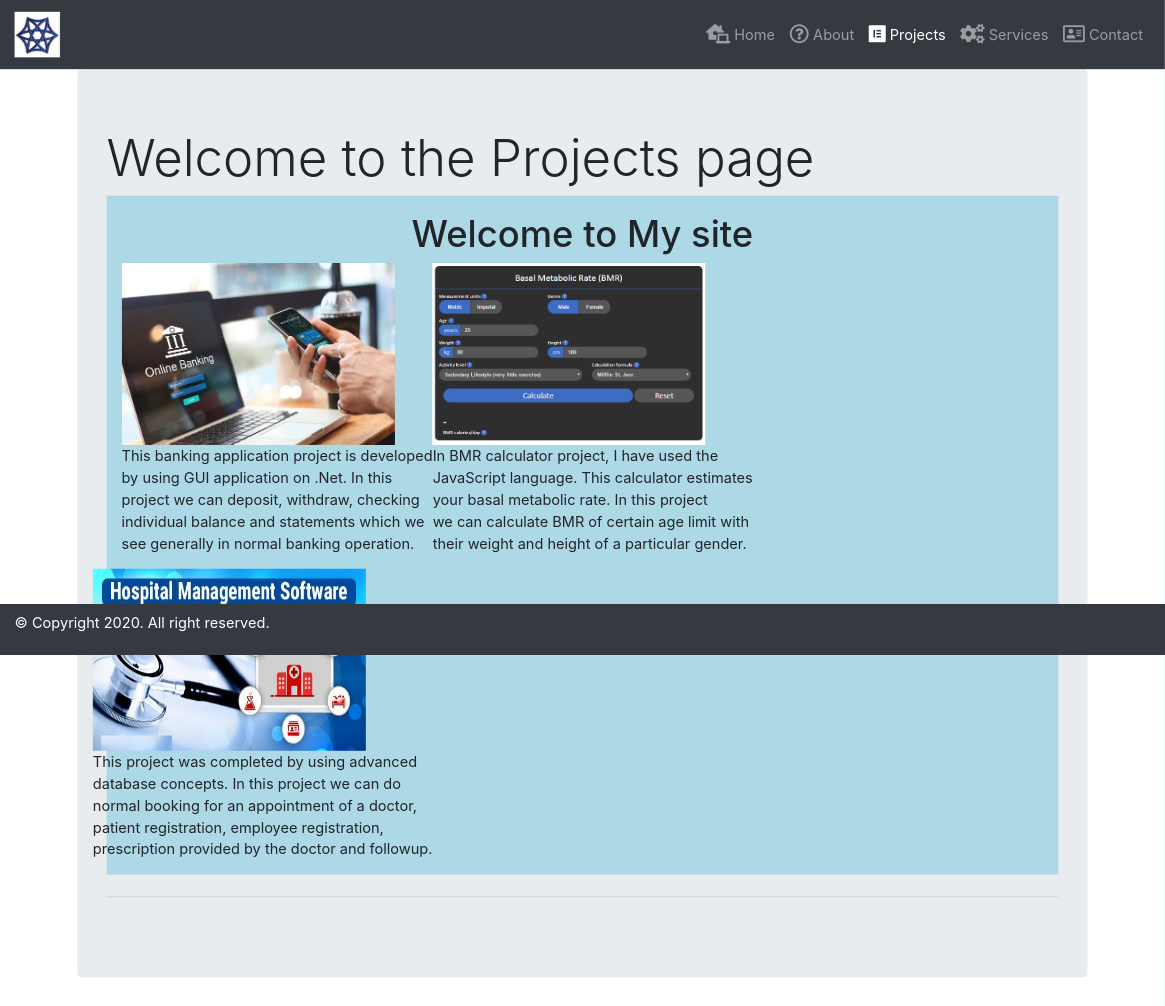
Repository: laxmangothe2020/COMP229Assignment
Page: http://localhost/projects
An editor plug-in stored every save of this project. The page is shown before and after the next save, followed by the edit.
The browser window is 1280 px wide. The pictures show the whole page, at 91% of full size.
The page is served by the project's Node server (server.js). Other server files are loaded and not shown.

Above is the page before, as saved 2021-02-11 23:54:17.

### views/index.ejs

<%- include partials/header.ejs %>

   <%- include partials/main_nav.ejs %>

      <!-- Main Contain -->
   <main class="container">
    <div class="jumbotron">
    <h1 class="display-4"> Welcome to the <%= title %> page </h1>
    <!--Using Switch case all infornation passed through here-->
      <% switch (title) {
        case 'Home' : %>
        <%- include partials/home.ejs %>
                <% break;

        case 'About' : %>
        <%- include partials/about.ejs %>
                <% break;

        case 'Projects' : %>
        <%- include partials/projects.ejs %>
                <% break;

        case 'Services' : %>
        <%- include partials/services.ejs %>
                <% break;

        case 'Contact' : %>
        <%- include partials/contact.ejs %>
              <% break;
       } %>
      <hr class="my-4">
    </div>
  </main>

   <%- include partials/bottom_nav.ejs %>


    <%- include partials/footer.ejs %>

### views/partials/header.ejs

<!DOCTYPE html>
<html lang="en">
  <head>
   <meta charset="UTF-8">
   <meta name="viewport" content="with=device-width, initial-scale=1.0">
    <title><%= title %></title>

  <!-- CSS Section-->
  <link rel="stylesheet" href="/bootstrap/dist/css/bootstrap.min.css">
  <link rel="stylesheet" href="/@fortawesome/fontawesome-free/css/all.min.css">
  <link rel='stylesheet' href='/Content/app.css'/>

</head>
<body>

### views/partials/main_nav.ejs
<!-- Main Navigation -->
   <nav class="navbar navbar-expand-lg navbar-dark bg-dark">
      <a class="navbar-brand" href="/"><img src="./Assets/images/hexagon.jpg" alt="Hexagon picture" width="50" height="50"></a>
      <button class="navbar-toggler" type="button" data-toggle="collapse" data-target="#navbarSupportedContent" aria-controls="navbarSupportedContent" aria-expanded="false" aria-label="Toggle navigation">
       <span class="navbar-toggler-icon"></span>
     </button>

     <div class="collapse navbar-collapse" id="navbarSupportedContent">
        <ul class="navbar-nav ml-auto">

          <% if (title == "Home") { %>
        <li class="nav-item active">
        <% } else { %>
        <li class="nav-item">
        <% } %>
          <a class="nav-link" href="/home"><i class="fas fa-lg fa-laptop-house"></i> Home </a>
        </li>

        <% if (title == "About") { %>
          <li class="nav-item active">
          <% } else { %>
          <li class="nav-item">
          <% } %>
        <a class="nav-link" href="/about"><i class="far fa-lg fa-question-circle"></i> About </a>
        </li>

        <% if (title == "Projects") { %>
          <li class="nav-item active">
          <% } else { %>
          <li class="nav-item">
          <% } %>
        <a class="nav-link" href="/projects"><i class="fab fa-lg fa-elementor"></i> Projects </a>
        </li>

        <% if (title == "Services") { %>
          <li class="nav-item active">
          <% } else { %>
          <li class="nav-item">
          <% } %>
        <a class="nav-link" href="/services"><i class="fas fa-lg fa-cogs"></i> Services </a>
        </li>

        <% if (title == "Contact") { %>
          <li class="nav-item active">
          <% } else { %>
          <li class="nav-item">
          <% } %>
        <a class="nav-link" href="/contact"><i class="far fa-lg fa-address-card"></i> Contact </a>

        </li>

      </div>
    </nav>

### views/partials/home.ejs
<body>
   <div style="background-color: lightblue;margin-bottom: 10px">
                    <h3 style="padding-left: 40px;padding-top:10px;color: #AA7439"><h1 style="text-align:center;">Welcome to My site</h1>
                    <div style="width: 100%;height:100%;background-color:lightblue;">
                        <img src="./Assets/images/homeimg.png" alt="3D Picture" width="450" style="float: right;margin-left: 20px;margin-right:20px;">
                       <p style="padding-left:15px; padding-right: 10px; color:#696969;margin:20px;text-align: justify;line-height:1.7;padding-bottom: 20px;">
                           Your new MyWebsite Now is here! Let's build and publish your website together. We developed this series of help articles to introduce you to the basic functions of web design with your MyWebsite Now.Our industry software experts have years of experience building business automation web solutions for a number of verticals. We use custom APIs and our mastery of web services to build web-based automation services for applications like inventory control, digital marketing and customer relationship management.
                           <br> <br><b> MISSION STATEMENT </b><br><br>
                            My mission is to have a successful careers in software engineering and graduate education with a thorough understanding of software engineering and experiential learning opportunities to apply that knowledge to solve real-world problems.
                             </p>
                    </div>
                    </div>
        <p>
         <h5 style="text-align:center;"><a href="/about"> About Page</a></h5>
        </p>
         <div >
                <div class="social" style="float:left;clear:none;float: right;">

                   <img src="./Assets/images/fbcolor.png">

                   <img src="./Assets/images/InstaColor.png">

                    <img src="./Assets/images/twitterColor.png">
                    <img src="./Assets/images/gPlusColor.png">
               </div>
            </div>

</body>

### views/partials/about.ejs

         <div id="contentEditable">


                    <div style="background-color: lightblue;">
                        <h3 style="padding-left: 40px;padding-top:20px;color: #AA7439"><h3 style="text-align:center;"> About Me </h3>
                        <div style="width: 100%;height:100%;background-color:lightblue;">
                            <img src="./Assets/images/laxman.jpeg" alt="Security for Life" width="300" style="float: right;margin-left: 30px;margin-right:30px">
                           <p style="padding-left:15px; padding-right: 10px; color:#696969;margin:20px;text-align: justify;line-height:1.7;padding-bottom: 20px;">
                             Hello, my name is Laxman Gothe. Currently, I am a student of Software Engineering Technology in the 3rd semester. I am from Nepal. I believe that learning never ends. I love hiking, rafting, and traveling to new places in my free time.
                             <br>
                             <br>
                             Regarding to my education, I had completed a bachlor's degree in Electronics and Communication Engineering fro Tribhuvan University, Nepal.
                             <br>
                             <br>
                             I had enrolled in Software Engineering Technology at Centennial College to a software developer and currently I am enrolled in 3rd semester. Software technology is my first subject that I am taking in Canada and I am enjoying it as it is my part of interest too.
                             <br>
                             <br>
                             Thank You
                             <br>
                             <br>
                             With Regards
                             <br>
                             <br>
                             Laxman Gothe
                             <br>
                             <br>
                             301102988

                           </p>
                       </div>


                    </div>
        </div>
<p>
<h5 style="text-align:center;"><a href="/public/PDF/resume.pdf"> Resume </a></h5>
</p>

### views/partials/projects.ejs
<body>
    <div id="holdingContainer">
 <div style="background-color: lightblue;margin-bottom: 15px">
     <h3 style="padding-left: 40px;padding-top:10px;color: #AA7439">
        <h1 style="text-align:center;">Welcome to My site</h1>
        <div style="width: 100%;height:100%;background-color:lightblue;"></div>
          <div id="contentEditable">
            <div class = "row">
             <div class="column">
               &nbsp;&nbsp;&nbsp;&nbsp;&nbsp;&nbsp;&nbsp;<img src="./Assets/images/banking.jpg" width="300" height="200">
              <p>&nbsp;&nbsp;&nbsp;&nbsp;&nbsp;&nbsp;&nbsp;This banking application project is developed<br>
                &nbsp;&nbsp;&nbsp;&nbsp;&nbsp;&nbsp;&nbsp;by using GUI application on .Net. In this  <br>
                &nbsp;&nbsp;&nbsp;&nbsp;&nbsp;&nbsp;&nbsp;project we can deposit, withdraw, checking<br>
                &nbsp;&nbsp;&nbsp;&nbsp;&nbsp;&nbsp;&nbsp;individual balance and statements which we <br>
                &nbsp;&nbsp;&nbsp;&nbsp;&nbsp;&nbsp;&nbsp;see generally in normal banking operation.</p>
            </div>


           <div class="column">
             <img src="./Assets/images/bmr.png" width="300" height="200" >
              <p> In BMR calculator project, I have used the<br>
                  JavaScript language. This calculator estimates <br>
                  your basal metabolic rate. In this project <br>
                  we can calculate BMR of certain age limit with <br>
                  their weight and height of a particular gender.</p>
           </div>



           <div class="column">
               <img src="./Assets/images/hospital.jpg" width="300" height="200" >
               <p> This project was completed by using advanced<br>
                   database concepts. In this project we can do <br>
                   normal booking for an appointment of a doctor,<br>
                   patient registration, employee registration,<br>
                   prescription provided by the doctor and followup.</p>
           </div>
        </div>

      </div>
  </div>
</div>
 </body>

### views/partials/services.ejs


<div class="row">
    <div class="column">
        <img src="./Assets/images/mobile.jpg" width="350" height="250" >
    </div>
    <div class="column">
        <img src="./Assets/images/game.jpg" width="350" height="250" >
    </div>
    <div class="column">
        <img src="./Assets/images/quality.jpg" width="350" height="250" >
    </div>
    <br><p><b>Services we provides are:</b></p><br>
    <br><ul style="list-style-image:url(images/bullet.png);">
    <li>Mobile Development  📱</li>
    <li>Game Development  🎮</li>
    <li>Quality Assurance  🎖️</li>
    <li>Website Design  🌐</li>
    <li>Technical Support  ♻️</li>
    </ul>
</div>

### views/partials/contact.ejs
<body>
 <div style="background-color: lightblue;margin-bottom: 10px">
  <h3 style="padding-left: 40px;padding-top:10px;color: #AA7439"><h1 style="text-align:center;">Welcome to My site</h1>
   <div style="width: 100%;height:100%;background-color:lightblue;">
      <div class="container">
       <h5 class="display-5">Please Fillup the following details</h5>
         <div id="errorMessage" class="alert alert-danger" role="alert" hidden>
       </div>

     <form id="conactForm">
      <div class="form-group">
        <label for="firstName">First Name</label>
        <input type="text" class="form-control" id="firstName" name="firstName" aria-describedby="firstName"
        placeholder="Enter First Name" required autofocus>
      </div>

      <div class="form-group">
        <label for="lastName">Last Name</label>
        <input type="text" class="form-control" id="lastName" name="lastName" aria-describedby="lastName"
        placeholder="Enter Last Name" required>
      </div>

      <div class="form-group">
        <label for="contactNumber">Contact Number</label>
        <input type="tel" class="form-control" id="contactNumber" name="contactNumber" aria-describedby="contactNumber"
        placeholder="Enter Contact Number" required>
      </div>

      <div class="form-group">
        <label for="emailAddress">Email address</label>
        <input type="email" class="form-control" id="emailAddress" name="emailAddress" aria-describedby="emailAddress"
        placeholder="Enter Email" required>
      </div>

      <div class="form-group">
        <label for="shortMessage">Your Message</label>
        <textarea class="form-control" id="shortMessage"  name="shortMessage" rows="3" aria-describedby="shortMessage" placeholder="--If you have Short message, please write here--" required></textarea></textarea>
      </div>

      <button type="button" class="btn btn-outline-success">Submit</button></a>
      <!--<button id="submitButton" type="submit" class="btn btn-primary btn-lg"><i class="fas fa-share-square"></i> Send</button> -->
      <button type="button" class="btn btn-outline-danger">Cancel</button>
     </form>
     </div>
    </div>
   </div>
   </body>

### views/partials/bottom_nav.ejs
<!-- Bottom Nav -->

    <footer>

       <nav class="navbar fixed-bottom navbar-dark bg-dark">
           <p style="color:white;">&copy; Copyright 2020. All right reserved.</p>
       </nav>

    </footer>

### views/partials/footer.ejs
<!-- Script Section-->
    <script src="/jquery/dist/jquery.min.js"></script>
    <script src="/bootstrap/dist/js/bootstrap.min.js"></script>
    <script src="/Scripts/app.js"></script>
 </body>
</html>

### server.js
#!/usr/bin/env node

/**
 * Module dependencies.
 */

let app = require('./app');
let debug = require('debug')('week4:server');
let http = require('http');

/**
 * Get port from environment and store in Express.
 */

let port = normalizePort(process.env.PORT || '3000');
app.set('port', port);

/**
 * Create HTTP server.
 */

let server = http.createServer(app);

/**
 * Listen on provided port, on all network interfaces.
 */

server.listen(port);
server.on('error', onError);
server.on('listening', onListening);

/**
 * Normalize a port into a number, string, or false.
 */

function normalizePort(val) {
  let port = parseInt(val, 10);

  if (isNaN(port)) {
    // named pipe
    return val;
  }

  if (port >= 0) {
    // port number
    return port;
  }

  return false;
}

/**
 * Event listener for HTTP server "error" event.
 */

function onError(error) {
  if (error.syscall !== 'listen') {
    throw error;
  }

  let bind = typeof port === 'string'
    ? 'Pipe ' + port
    : 'Port ' + port;

  // handle specific listen errors with friendly messages
  switch (error.code) {
    case 'EACCES':
      console.error(bind + ' requires elevated privileges');
      process.exit(1);
      break;
    case 'EADDRINUSE':
      console.error(bind + ' is already in use');
      process.exit(1);
      break;
    default:
      throw error;
  }
}

/**
 * Event listener for HTTP server "listening" event.
 */

function onListening() {
  let addr = server.address();
  let bind = typeof addr === 'string'
    ? 'pipe ' + addr
    : 'port ' + addr.port;
  debug('Listening on ' + bind);
}

### routes/index.js
var express = require('express');
var router = express.Router();

/* GET home page. */
router.get('/', function(req, res, next) {
  res.render('index', { title: 'Home'});
});

/* GET home page. */
router.get('/home', function(req, res, next) {
  res.render('index', { title: 'Home'});
});

/* GET About page. */
router.get('/about', function(req, res, next) {
  res.render('index', { title: 'About'});
});

/* GET Products page. */
router.get('/projects', function(req, res, next) {
  res.render('index', { title: 'Projects'});
});

/* GET Services page. */
router.get('/services', function(req, res, next) {
  res.render('index', { title: 'Services'});
});


/* GET Contact us page. */
router.get('/contact', function(req, res, next) {
  res.render('index', { title: 'Contact'});
});

module.exports = router;

### app.js
//installed third party packages
let createError = require('http-errors');
let express = require('express');
let path = require('path');
let cookieParser = require('cookie-parser');
let logger = require('morgan');

let indexRouter = require('./routes/index');
let usersRouter = require('./routes/users');

let app = express();

// view engine setup
app.set('views', path.join(__dirname, 'views'));
app.set('view engine', 'ejs');

app.use(logger('dev'));
app.use(express.json());
app.use(express.urlencoded({ extended: false }));
app.use(cookieParser());
app.use(express.static(path.join(__dirname, 'public')));
app.use(express.static(path.join(__dirname, 'node_modules')));

app.use('/', indexRouter);
app.use('/users', usersRouter);
app.use('/public/images', express.static('./public/images') ) ;
app.use('/public/PDF', express.static('./public/PDF'));
app.use('/views/partials', express.static('./views/partials'));


// catch 404 and forward to error handler
app.use(function(req, res, next) {
  next(createError(404));
});

// error handler
app.use(function(err, req, res, next) {
  // set locals, only providing error in development
  res.locals.message = err.message;
  res.locals.error = req.app.get('env') === 'development' ? err : {};

  // render the error page
  res.status(err.status || 500);
  res.render('error');
  res.render('error', {title: 'Error'});
});

module.exports = app;

### public/Content/app.css
/* Custom CSS goes here */

### public/Scripts/app.js
// IIFE
(function(){
    function start()
    {
        console.log("App started...")
    }
    window.addEventListener("load", start);

})();

After the next save:
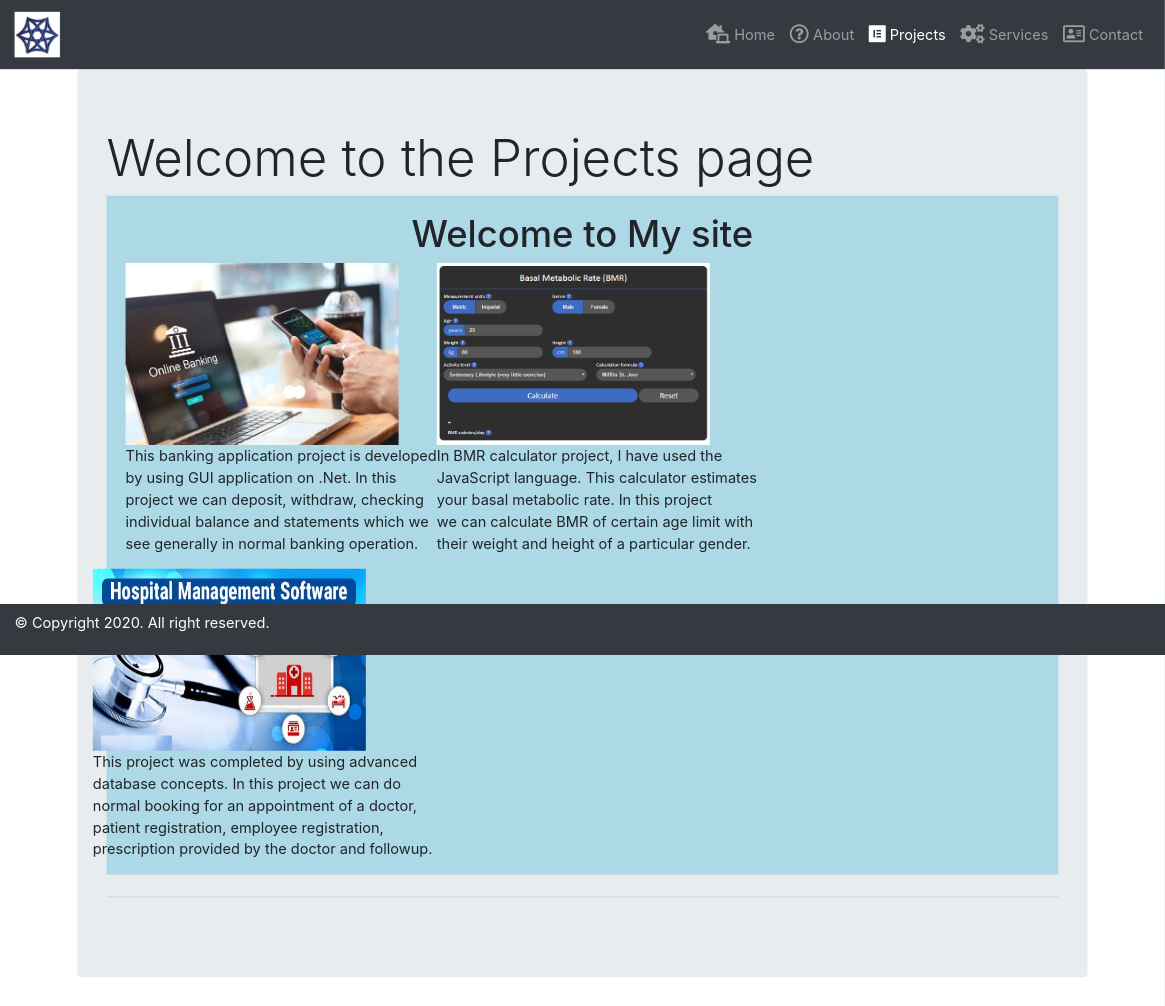
Saved 82 s later.
--- a/views/partials/projects.ejs
+++ b/views/partials/projects.ejs
@@ -7,12 +7,12 @@
           <div id="contentEditable">
             <div class = "row">
              <div class="column">
-               &nbsp;&nbsp;&nbsp;&nbsp;&nbsp;&nbsp;&nbsp;<img src="./Assets/images/banking.jpg" width="300" height="200">
-              <p>&nbsp;&nbsp;&nbsp;&nbsp;&nbsp;&nbsp;&nbsp;This banking application project is developed<br>
-                &nbsp;&nbsp;&nbsp;&nbsp;&nbsp;&nbsp;&nbsp;by using GUI application on .Net. In this  <br>
-                &nbsp;&nbsp;&nbsp;&nbsp;&nbsp;&nbsp;&nbsp;project we can deposit, withdraw, checking<br>
-                &nbsp;&nbsp;&nbsp;&nbsp;&nbsp;&nbsp;&nbsp;individual balance and statements which we <br>
-                &nbsp;&nbsp;&nbsp;&nbsp;&nbsp;&nbsp;&nbsp;see generally in normal banking operation.</p>
+               &nbsp;&nbsp;&nbsp;&nbsp;&nbsp;&nbsp;&nbsp;&nbsp;<img src="./Assets/images/banking.jpg" width="300" height="200">
+              <p>&nbsp;&nbsp;&nbsp;&nbsp;&nbsp;&nbsp;&nbsp;&nbsp;This banking application project is developed<br>
+                &nbsp;&nbsp;&nbsp;&nbsp;&nbsp;&nbsp;&nbsp;&nbsp;by using GUI application on .Net. In this  <br>
+                &nbsp;&nbsp;&nbsp;&nbsp;&nbsp;&nbsp;&nbsp;&nbsp;project we can deposit, withdraw, checking<br>
+                &nbsp;&nbsp;&nbsp;&nbsp;&nbsp;&nbsp;&nbsp;&nbsp;individual balance and statements which we <br>
+                &nbsp;&nbsp;&nbsp;&nbsp;&nbsp;&nbsp;&nbsp;&nbsp;see generally in normal banking operation.</p>
             </div>
 
 
